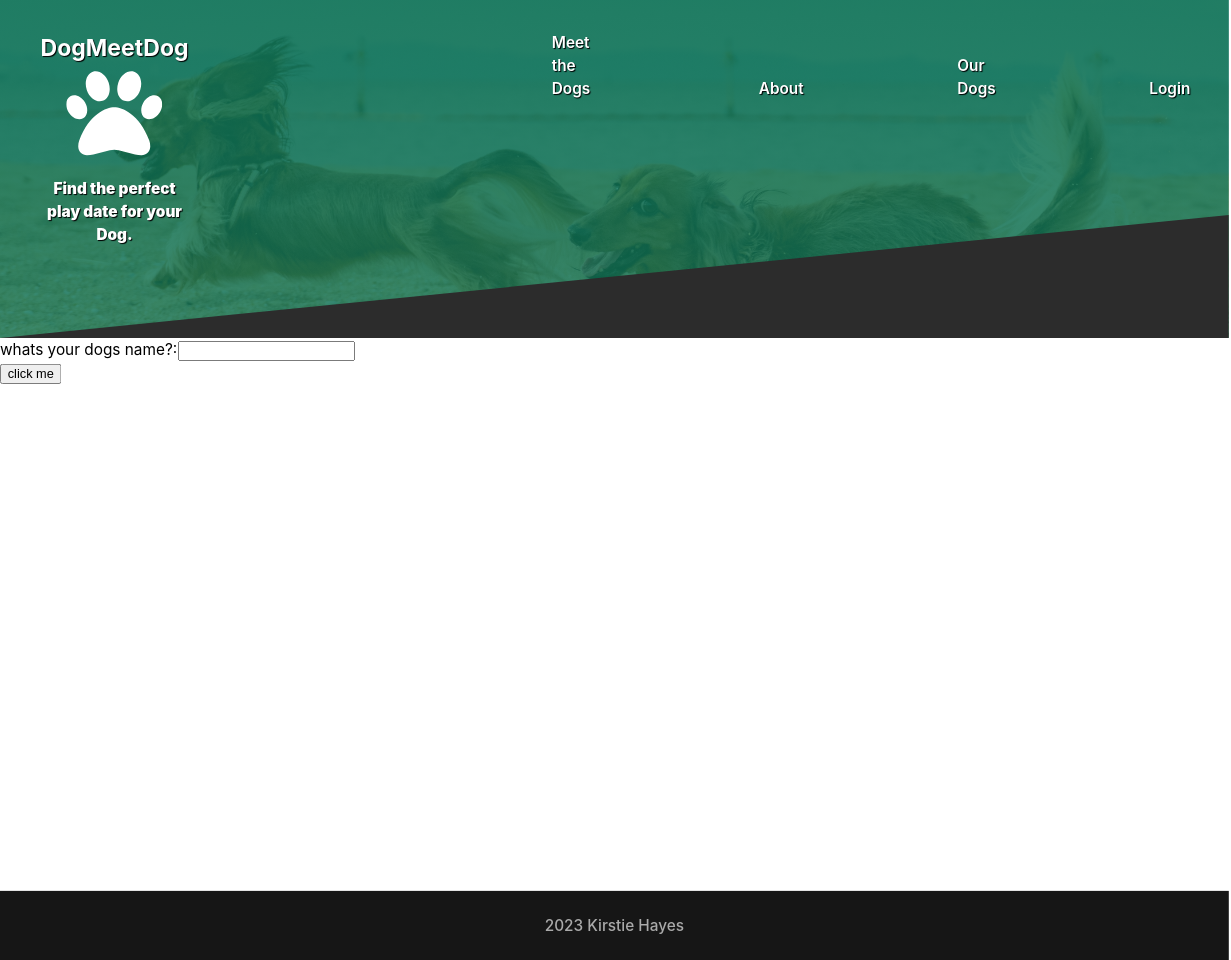
Repository: epixieme/dogmeetdog
Page: /questions (app in client/)
An editor plug-in stored every save of this project. The page is shown before and after the next save, followed by the edit.
The browser window is 1280 px wide. The page is 1280 px wide, then 1282 px, so the pictures cover 1282 px, including what lies to the right of the window. The pictures show the whole page, at 96% of full size.
Some web libraries are served in a nearby version. The project was rebuilt for these pictures with package versions that can differ from the ones it lists, and the page was loaded fresh each time. Also part of the build but not shown: client/vite.config.ts, client/src/components/Shared/Headers/Dashboard-Header/dashboardHeader.css, client/src/components/Shared/Headers/Dashboard-Header/DashboardHeader.tsx, client/src/components/Layouts/Login_Layout.tsx, client/src/pages/LoggedOut/Home.tsx, client/src/components/Shared/ErrorMessage/ErrorMessage.tsx, client/src/components/Shared/Loader/Loader.tsx, client/src/pages/LoggedOut/About/About.tsx and 10 more.

Above is the page before, as saved 2024-01-22 18:11:55.

After the next save:
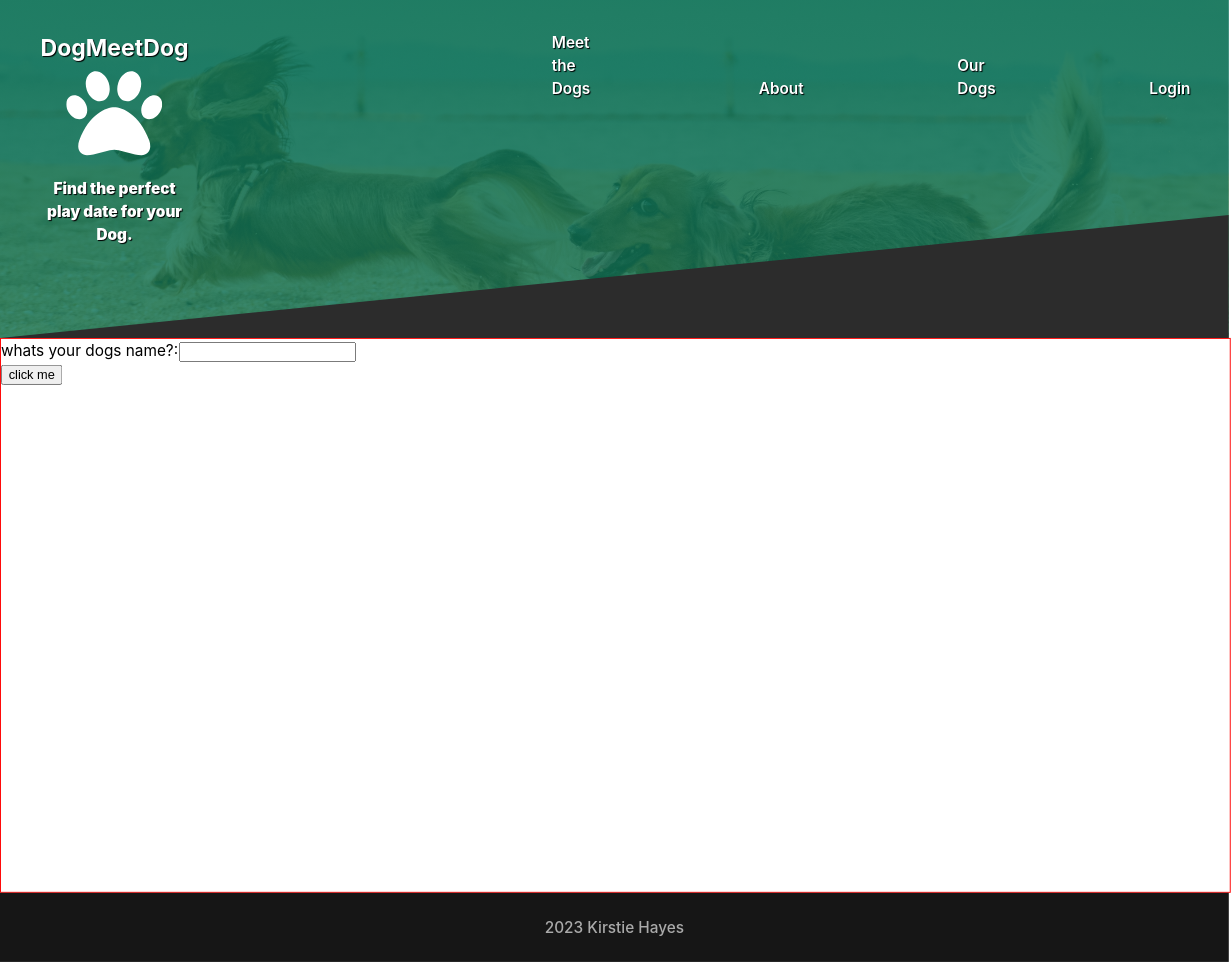
Saved 5 s later.
--- a/client/src/pages/SignUp/signUp.css
+++ b/client/src/pages/SignUp/signUp.css
@@ -1,5 +1,5 @@
 .questionText{
     width:100vw;
     height:80vh;
-    border 1px solid red;
+    border: 1px solid red;
 }
